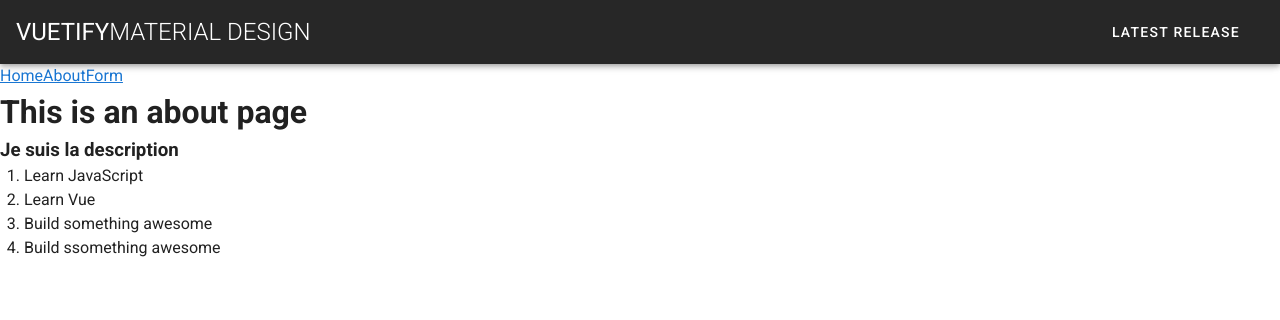
Repository: Symfomany/vuex-testing
Page: /about
The author's editor kept a copy of each file at every save. The page is drawn from the files as they stood at one save, then again after the next save.
The browser window is 1280 px wide. The pictures show the whole page.
The project was rebuilt for these pictures with package versions that can differ from the ones it lists, and the page was loaded fresh each time. Also part of the build but not shown: src/components/HelloWorld.vue, src/components/Nb.vue, src/components/Liste.vue, src/containers/Home.vue.

Above is the page before, as saved 2019-07-27 09:38:09.

### public/index.html
<!DOCTYPE html>
<html lang="en">
  <head>
    <meta charset="utf-8">
    <meta http-equiv="X-UA-Compatible" content="IE=edge">
    <meta name="viewport" content="width=device-width,initial-scale=1.0">
    <link rel="icon" href="<%= BASE_URL %>favicon.ico">
    <title>pok</title>
    <link rel="stylesheet" href="https://fonts.googleapis.com/css?family=Roboto:100,300,400,500,700,900">
    <link rel="stylesheet" href="https://cdn.jsdelivr.net/npm/@mdi/font@latest/css/materialdesignicons.min.css">
  </head>
  <body>
    <noscript>
      <strong>We're sorry but pok doesn't work properly without JavaScript enabled. Please enable it to continue.</strong>
    </noscript>
    <div id="app"></div>
    <!-- built files will be auto injected -->
  </body>
</html>

### src/main.js
import Vue from "vue";
import App from "./App.vue";
import router from "./router";
import store from "./store";
import vuetify from "./plugins/vuetify";
import "vuetify/dist/vuetify.min.css"; // Ensure you are using css-loader

Vue.config.productionTip = false;

const app = new Vue({
  router,
  store,
  vuetify,
  render: h => h(App)
}).$mount("#app");

if (window.Cypress) {
  window.app = app;
}

### src/App.vue
<template>
  <v-app>
    <v-app-bar dark app>
      <v-toolbar-title class="headline text-uppercase">
        <span>Vuetify</span>
        <span class="font-weight-light">MATERIAL DESIGN</span>
      </v-toolbar-title>
      <v-spacer></v-spacer>
      <v-btn text href="https://github.com/vuetifyjs/vuetify/releases/latest" target="_blank">
        <span class="mr-2">Latest Release</span>
      </v-btn>
    </v-app-bar>

    <v-content>
      <router-link to="/">Home</router-link>
      <router-link to="/about">About</router-link>
      <router-link to="/form">Form</router-link>

      <router-view></router-view>
    </v-content>
  </v-app>
</template>

<script>
export default {
  name: "App",
  components: {},
  data: () => ({
    //
  })
};
</script>

### src/containers/About.vue
<template>
  <div class="about">
    <h1>This is an about page</h1>
    <Description></Description>
  </div>
</template>

<script>
import Description from "@/components/Description.vue";

export default {
  components: {
    Description
  }
};
</script>

### src/components/Description.vue
<template>
  <div>
    <v-alert v-model="show" type="success" class="mb-4">Il y a trop de todos!</v-alert>
    <v-alert v-model="showTwo" type="error" class="mb-4">Il y a pas assez de todos!</v-alert>
    <h3>Je suis la description</h3>
    <span v-if="seen">Now you see me</span>
    <ol>
      <li v-for="todo in todos">{{ todo.text }}</li>
    </ol>
  </div>
</template>

<script>
export default {
  data: () => ({
    seen: false,
    show: false,
    todos: [
      { text: "Learn JavaScript" },
      { text: "Learn Vue" },
      { text: "Build something awesome" },
      { text: "Build ssomething awesome" }
    ]
  }),
  computed: {
    showTwo() {
      return this.todos.length < 2;
    }
  },
  watch: {
    todos(val) {
      if (val.length >= 4) {
        this.show = true;
      }
    }
  }
};
</script>

Loaded but not shown: src/router.js (common file); src/plugins/vuetify.js (common file); src/store.js (no copy from this time; the picture is the same without it)

After the next save:
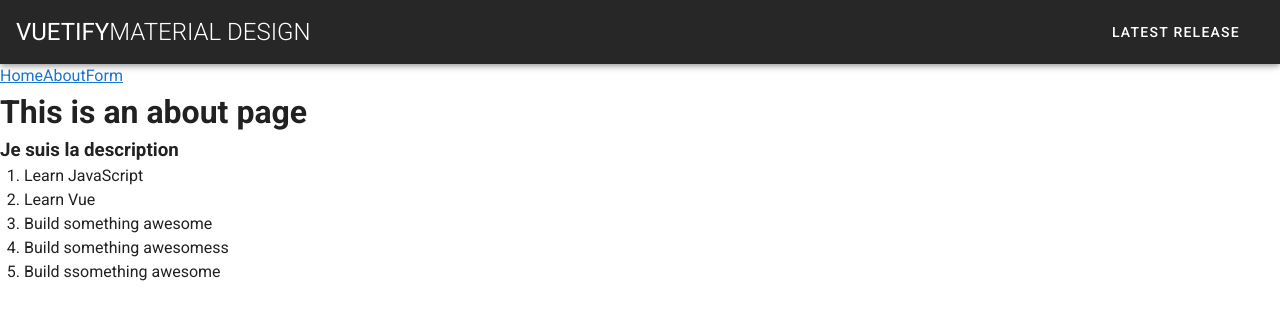
Saved 33 s later.
--- a/src/components/Description.vue
+++ b/src/components/Description.vue
@@ -19,6 +19,7 @@
       { text: "Learn JavaScript" },
       { text: "Learn Vue" },
       { text: "Build something awesome" },
+      { text: "Build something awesomess" },
       { text: "Build ssomething awesome" }
     ]
   }),
